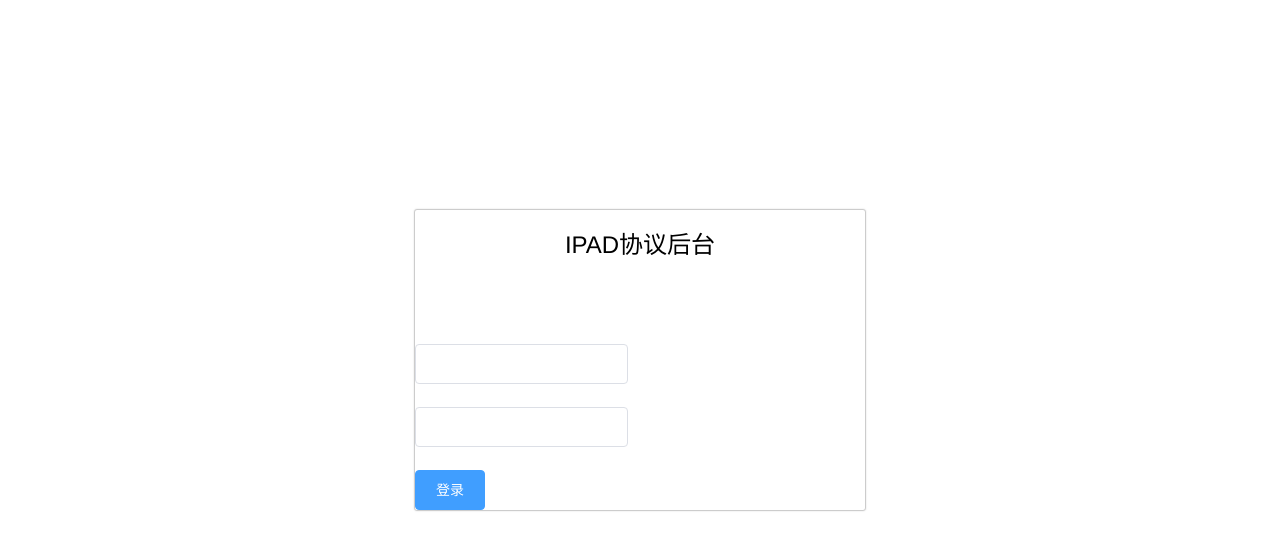
Repository: Iamanuan/ipad_admin
Page: /
These files come from the project's save history. The page is drawn as it stood at one moment and after the next save; the edit follows.
The browser window is 1280 px wide. The pictures show the whole page.
The project was rebuilt for these pictures with package versions that can differ from the ones it lists, and the page was loaded fresh each time. Also part of the build but not shown: vue.config.js.

Above is the page before, as saved 2020-05-07 13:41:08.

After the next save:
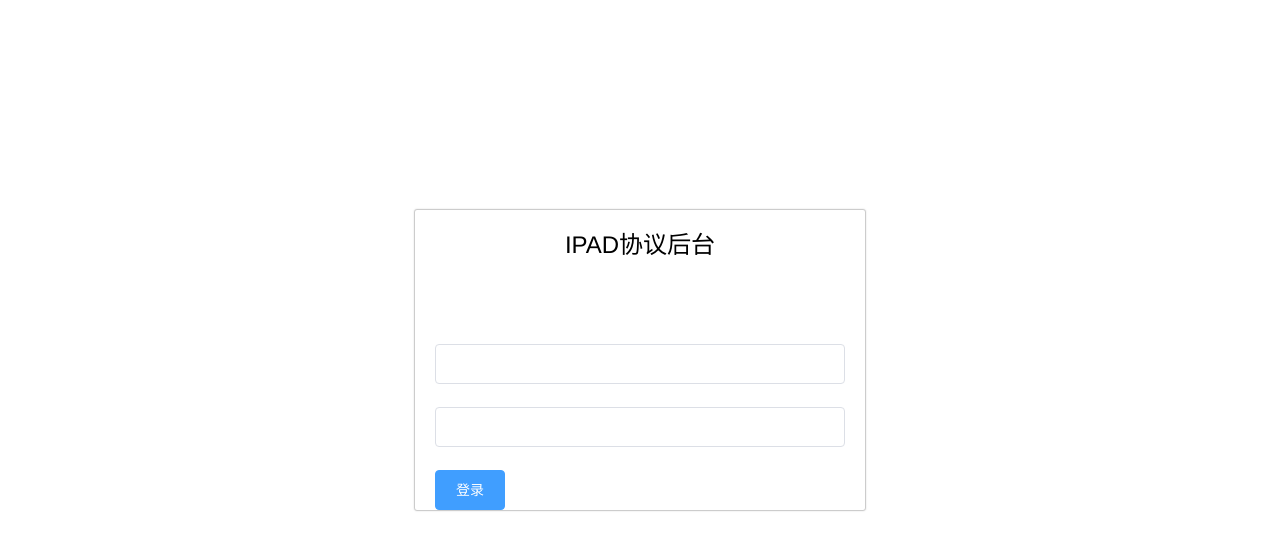
Saved 76 s later.
--- a/src/components/Login.vue
+++ b/src/components/Login.vue
@@ -53,5 +53,8 @@ export default {
 .login_form{
   position: absolute;
   bottom: 0;
+  padding: 0 20px;
+  width: 100%;
+  box-sizing: border-box;
 }
 </style>
